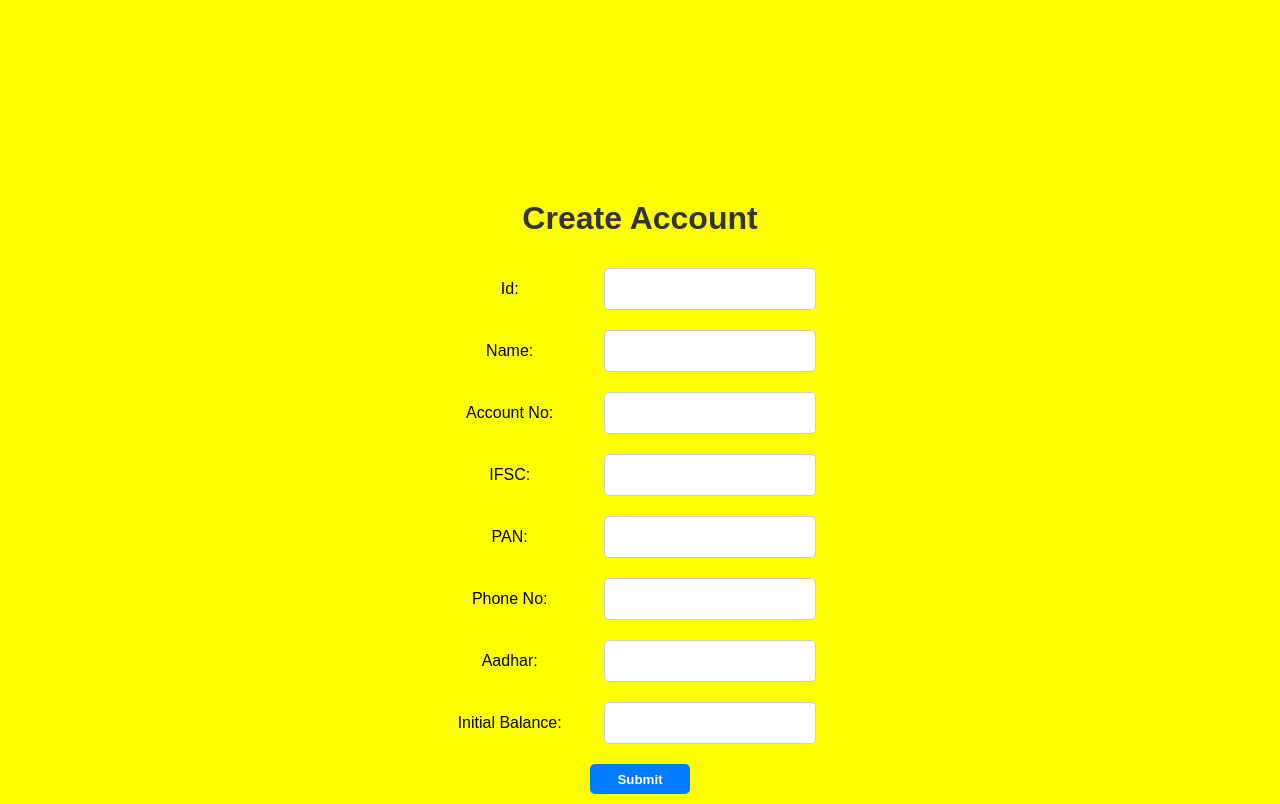
Repository: Surajkande2001/IGTSolution
Page: WebJSPProject1/src/main/webapp/Create.html
An editor plug-in stored every save of this project. The page is shown before and after the next save, followed by the edit.
The browser window is 1280 px wide. The pictures show the whole page.

Above is the page before, as saved 2023-07-02 09:54:33.

### WebJSPProject1/src/main/webapp/Create.html
<!DOCTYPE html>
<html>

<head>
	<meta charset="ISO-8859-1">
	<title>Create Account</title>
	<style>
		body {
			background-color: yellow;
			font-family: Arial, sans-serif;
			margin: 0;
			padding: 0;
		}

		.container {
			text-align: center;
			margin-top: 200px;
		}

		h1 {
			color: #333333;
		}

		form {
			margin-top: 20px;
		}

		table {
			margin: 0 auto;
			border-collapse: collapse;
			width: 400px;
		}

		td {
			padding: 10px;
		}

		input[type="text"] {
			width: 200px;
			height: 30px;
			border-radius: 5px;
			border: 1px solid #cccccc;
			padding: 5px;
		}

		input[type="submit"] {
			width: 100px;
			height: 30px;
			border-radius: 5px;
			border: none;
			background-color: #007bff;
			color: #ffffff;
			font-weight: bold;
			cursor: pointer;
		}

		input[type="submit"]:hover {
			background-color: #0056b3;
		}
	</style>
</head>

<body>

	<div class="container">
		<h1>Create Account</h1>
		<form action="Create.jsp">
			<table>
				<tr>
					<td>Id:</td>
					<td><input type="text" name="id"></td>
				</tr>
				<tr>
					<td>Name:</td>
					<td><input type="text" name="name"></td>
				</tr>
				<tr>
					<td>Account No:</td>
					<td><input type="text" name="acc"></td>
				</tr>
				<tr>
					<td>IFSC:</td>
					<td><input type="text" name="ifsc"></td>
				</tr>
				<tr>
					<td>PAN:</td>
					<td><input type="text" name="pan"></td>
				</tr>
				<tr>
					<td>Phone No:</td>
					<td><input type="text" name="phn"></td>
				</tr>
				<tr>
					<td>Aadhar:</td>
					<td><input type="text" name="adr"></td>
				</tr>
				<tr>
					<td>Initial Balance:</td>
					<td><input type="text" name="inb"></td>
				</tr>
				<tr>
					<td colspan="2"><input type="submit" value="Submit"></td>
				</tr>
			</table>
		</form>
	</div>

</body>

</html>

After the next save:
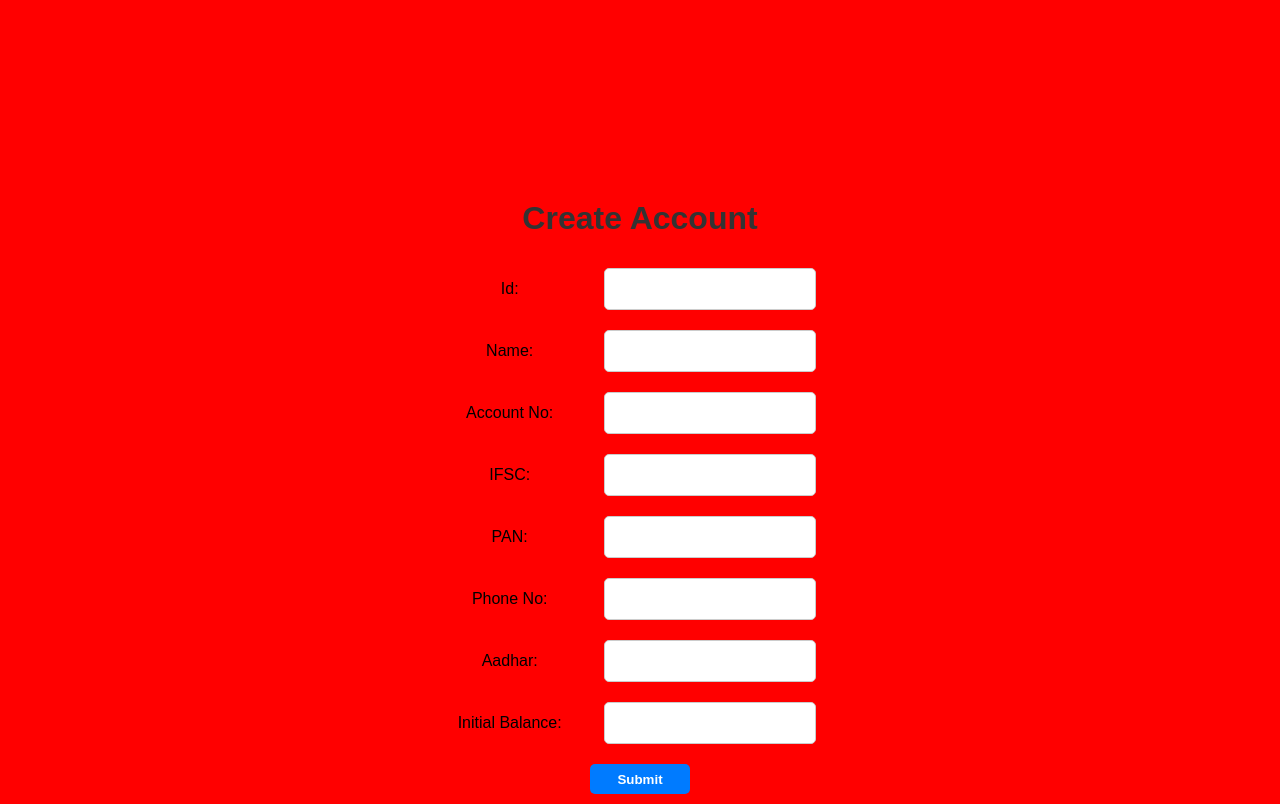
Saved 57 s later.
--- a/WebJSPProject1/src/main/webapp/Create.html
+++ b/WebJSPProject1/src/main/webapp/Create.html
@@ -6,7 +6,7 @@
 	<title>Create Account</title>
 	<style>
 		body {
-			background-color: yellow;
+			background-color: red;
 			font-family: Arial, sans-serif;
 			margin: 0;
 			padding: 0;
